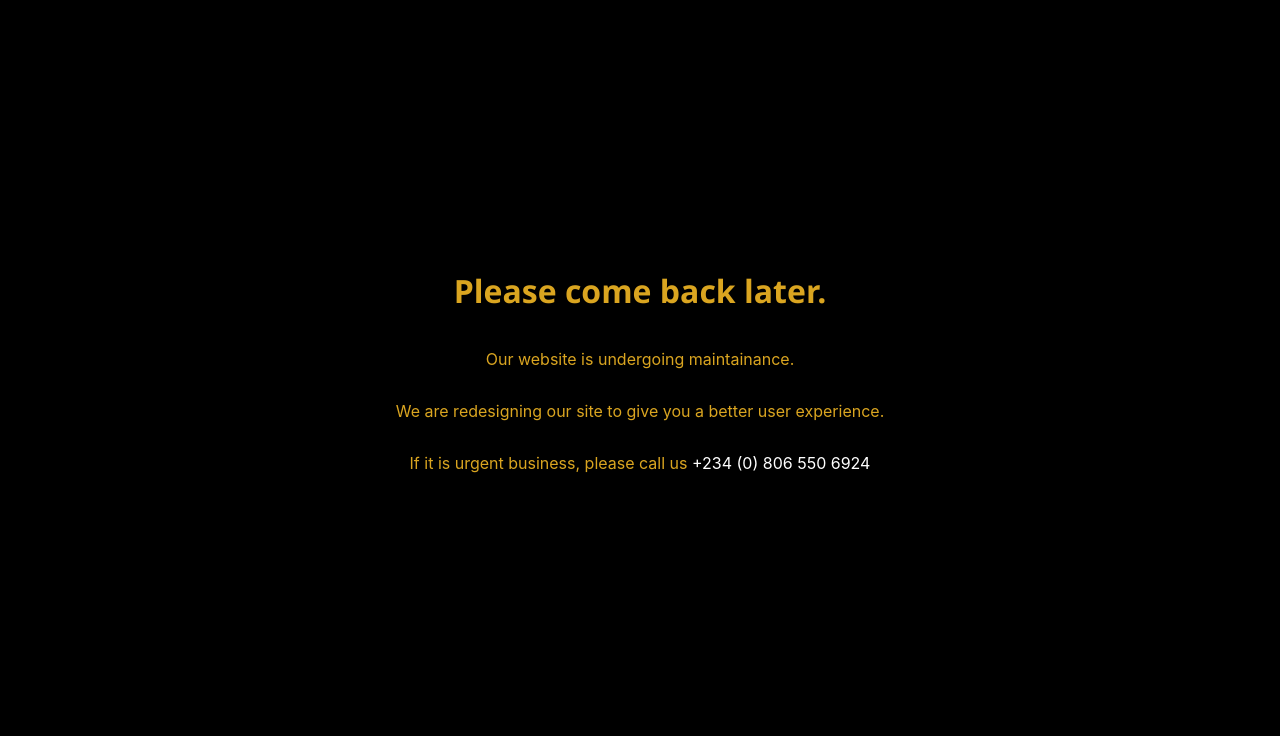
Repository: latenightsnacc/Static-Web-Projects
Page: maintainance/index.html
An editor plug-in stored every save of this project. The page is shown before and after the next save, followed by the edit.
The browser window is 1280 px wide. The pictures show the whole page.

Above is the page before, as saved 2020-07-30 10:59:53.

### maintainance/index.html
<!DOCTYPE html>
<html lang="en">
<head>
    <meta charset="UTF-8">
    <meta name="viewport" content="width=device-width, initial-scale=1.0">
    <title>Resaads Consulting Agency - Think Millenial</title>
    <style>
        body,html {
            background-color: black;
            color: goldenrod;
            font-family: -apple-system, BlinkMacSystemFont, 'Segoe UI', Roboto, Oxygen, Ubuntu, Cantarell, 'Open Sans', 'Helvetica Neue', sans-serif;
        }
        .box {
            height: 100vh;
            display: flex;
            flex-direction: column;
            justify-content: center;
            align-items: center;

        }
        a {
            color: white;
            text-decoration: none;
        }
        h1 {
            font-family: 'Segoe UI', Tahoma, Geneva, Verdana, sans-serif;
        }
    </style>
</head>
<body>
    <main>
        <div class="box">
            <h1>Please come back later.</h1>
            <p>Our website is undergoing maintainance.</p>
            <p>We are redesigning our site to give you a better user experience.</p>
            <p>If it is urgent business, please call us <a href="tel:+2348065506924">+234 (0) 806 550 6924</a></p>
        </div>
    </main>
</body>
</html>

After the next save:
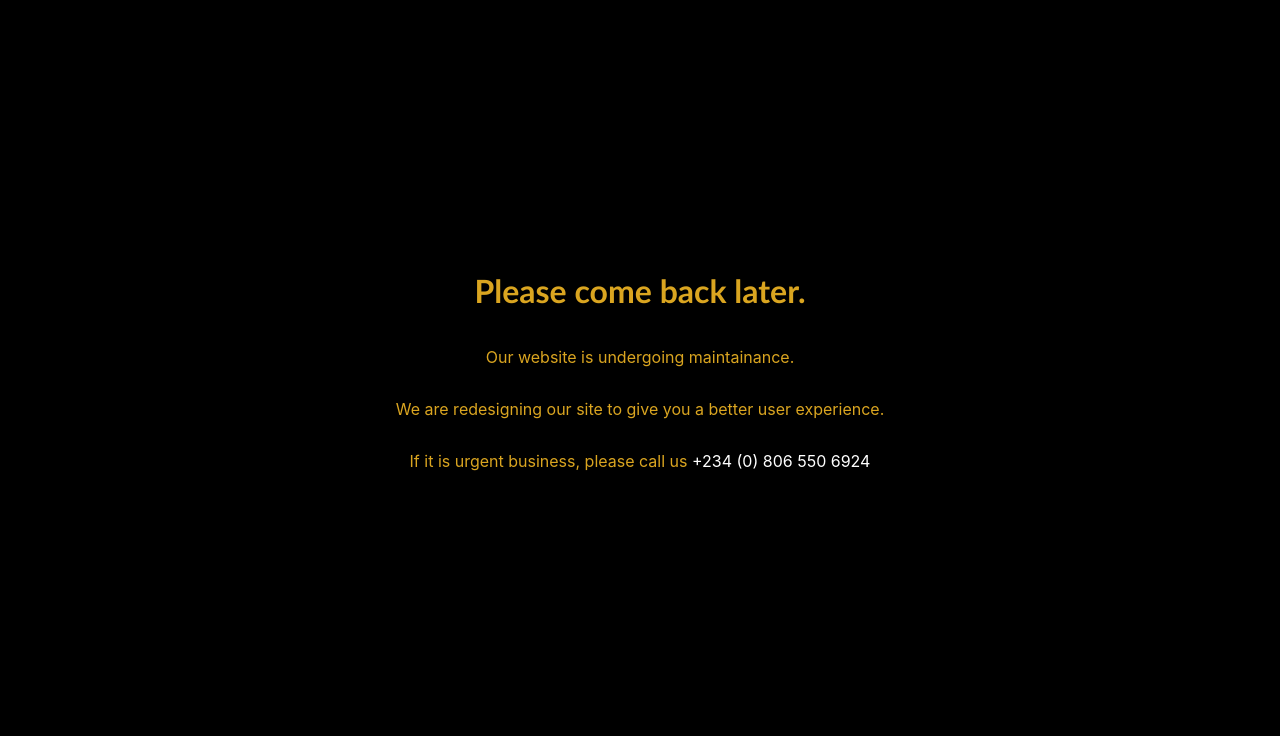
Saved 23 s later.
--- a/maintainance/index.html
+++ b/maintainance/index.html
@@ -23,7 +23,7 @@
             text-decoration: none;
         }
         h1 {
-            font-family: 'Segoe UI', Tahoma, Geneva, Verdana, sans-serif;
+            font-family:'Trebuchet MS', 'Lucida Sans Unicode', 'Lucida Grande', 'Lucida Sans', Arial, sans-serif
         }
     </style>
 </head>
